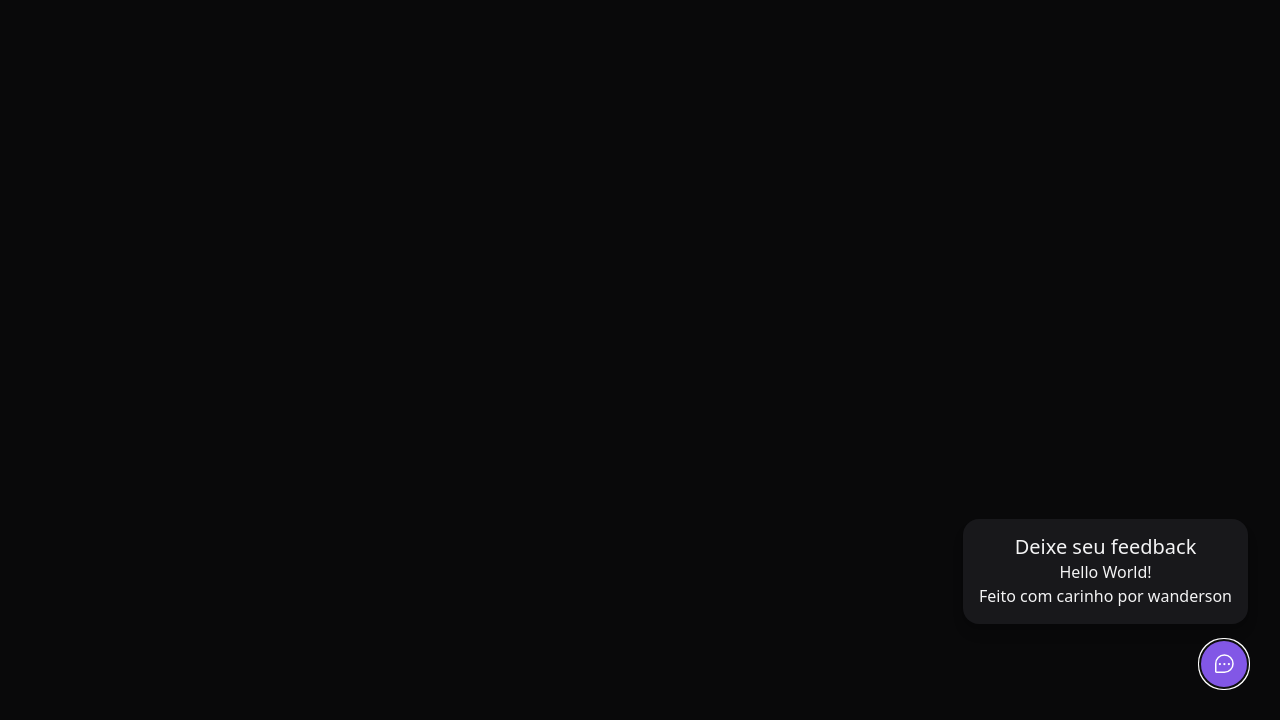
Repository: wandersondacosta/NLW-return-
Page: / (app in web/), after clicking the first element matching `#headlessui-popover-button-\:r8\:`
An editor plug-in stored every save of this project. The page is shown before and after the next save, followed by the edit.
The browser window is 1280 px wide. The pictures show the whole page.
The project was rebuilt for these pictures with package versions that can differ from the ones it lists, and the page was loaded fresh each time. Also part of the build but not shown: web/vite.config.ts.

Above is the page before, as saved 2022-05-05 20:33:08.

### web/src/global.css
@tailwind base;
@tailwind components;
@tailwind utilities;


body {
  @apply bg-[#09090a] text-zinc-100
}

### web/src/components/Widget.tsx
import { ChatTeardropDots } from "phosphor-react";
import { Popover } from "@headlessui/react";
import { WidgetForm } from "./WidgetForm";

export function Widget() {
  return (
    <Popover className="absolute bottom-4 right-4 md:bottom-8 md:right-8 flex flex-col items-end">
      <Popover.Panel>
        <WidgetForm />
      </Popover.Panel>

      <Popover.Button className="bg-brand-500 rounded-full px-3 h-12 text-white flex items-center group">
        <ChatTeardropDots className="w-6 h-6" />
        <span className="max-w-0 overflow-hidden group-hover:max-w-xs transition-all duration-500 ease-linear">
          <span className="pl-2"></span>
          feedback
        </span>
      </Popover.Button>
    </Popover>
  );
}

### web/src/components/WidgetForm.tsx
export function WidgetForm() {
  return (
    <div className="bg-zinc-900 p-4 relative rounded-2xl mb-4 flex flex-col items-center shadow-lg w-[calc(100vw-2rem)] md:w-auto">
      <header>
        <span className="text-xl leading-6">Deixe seu feedback</span>
      </header>

      <p>Hello World!</p>

      <footer>Feito com carinho por wanderson</footer>
    </div>
  );
}

Loaded but not shown: web/index.html (common file); web/src/main.tsx (common file); web/src/App.tsx (common file); web/tailwind.config.js (common file)

After the next save:
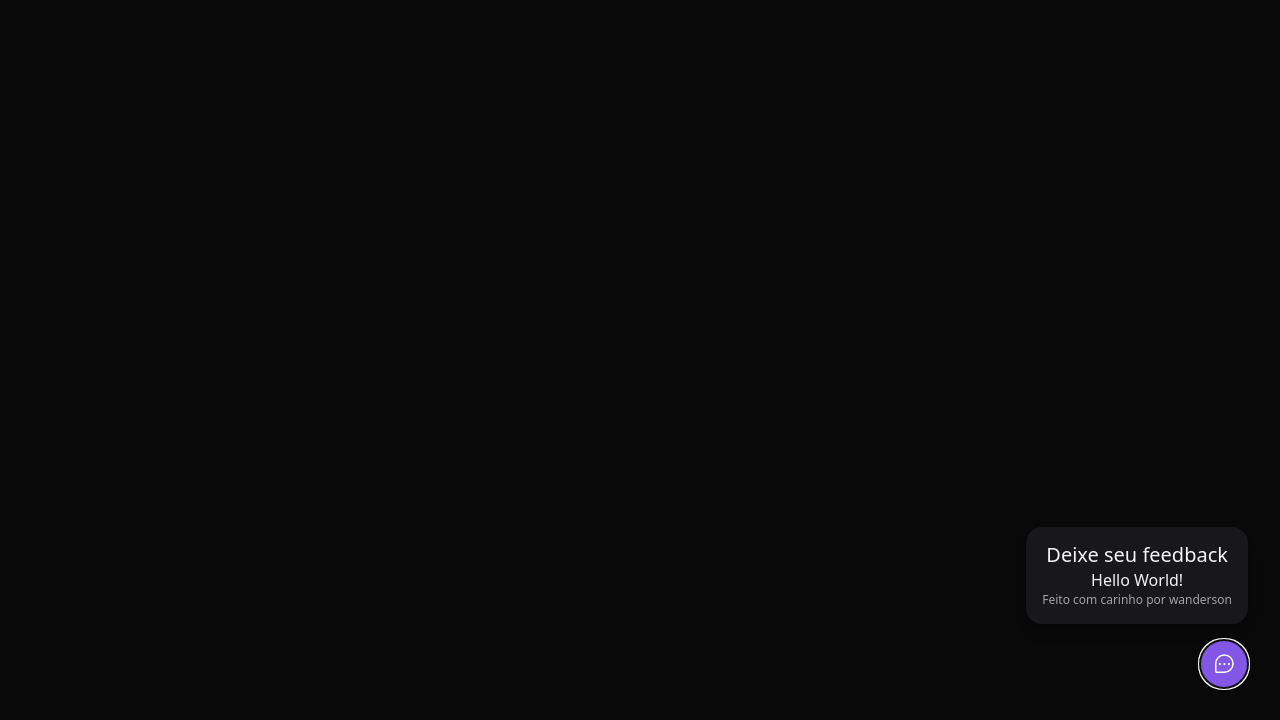
Saved 40 s later.
--- a/web/src/components/WidgetForm.tsx
+++ b/web/src/components/WidgetForm.tsx
@@ -7,7 +7,9 @@ export function WidgetForm() {
 
       <p>Hello World!</p>
 
-      <footer>Feito com carinho por wanderson</footer>
+      <footer className="text-xs text-neutral-400">
+        Feito com carinho por wanderson
+      </footer>
     </div>
   );
 }
